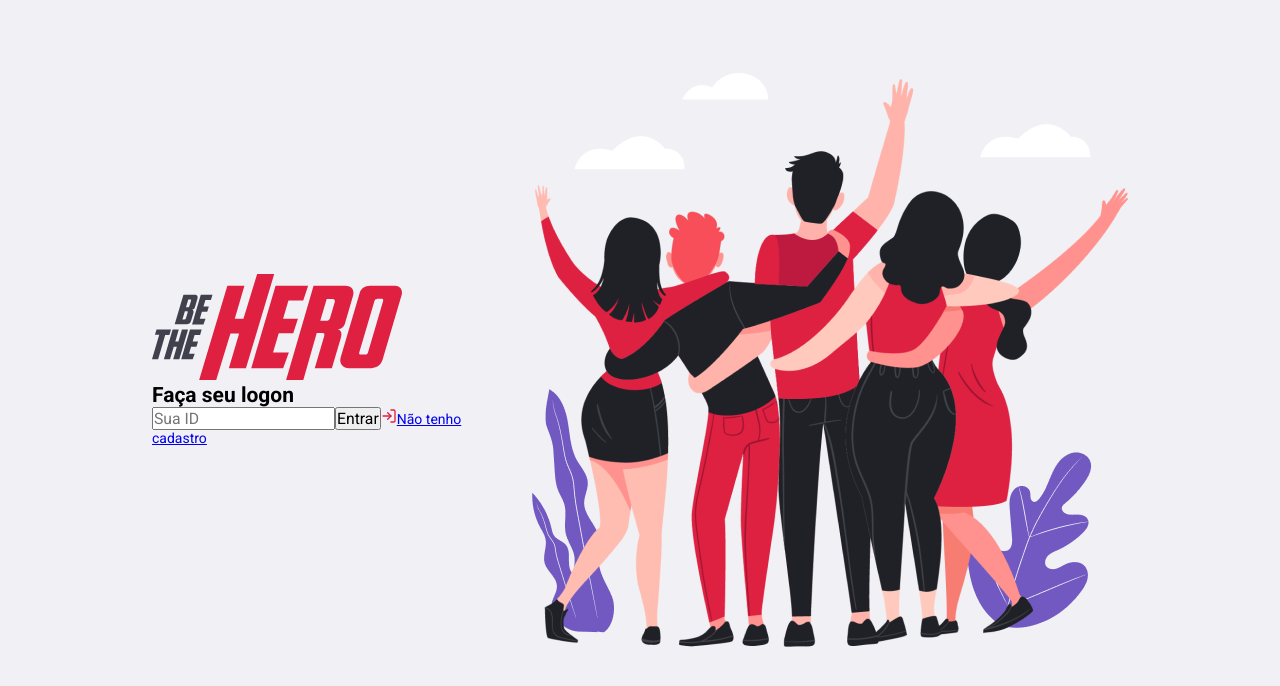
Repository: lucas-silva-dev/be-the-hero
Page: / (app in frontend/)
These files come from the project's save history. The page is drawn as it stood at one moment and after the next save; the edit follows.
The browser window is 1280 px wide. The pictures show the whole page.
The project was rebuilt for these pictures with package versions that can differ from the ones it lists, and the page was loaded fresh each time.

Above is the page before, as saved 2020-03-25 22:09:49.

After the next save:
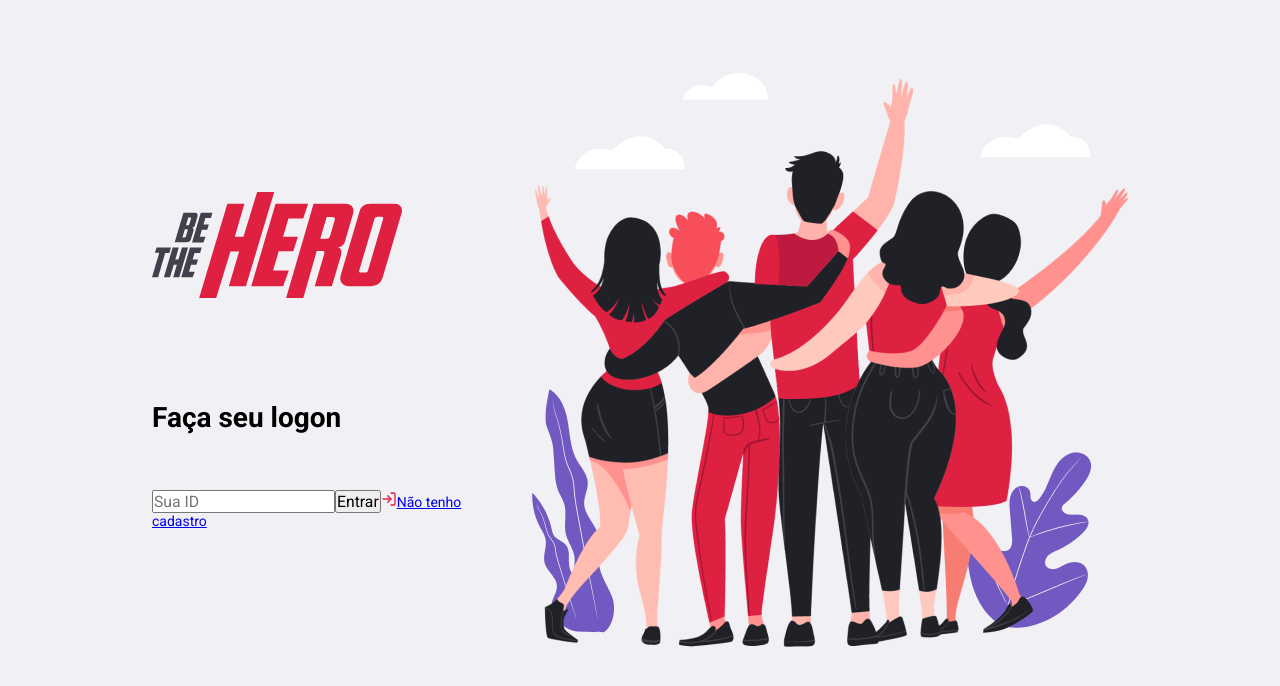
Saved 87 s later.
--- a/frontend/src/pages/Logon/styles.css
+++ b/frontend/src/pages/Logon/styles.css
@@ -14,3 +14,12 @@
   max-width: 350px;
   margin-right: 30px;
 }
+
+.logon-container section.form form {
+  margin-top: 100px;
+}
+
+.logon-container section.form form h1 {
+  font-size: 2em;
+  margin-bottom: 2em;
+}
